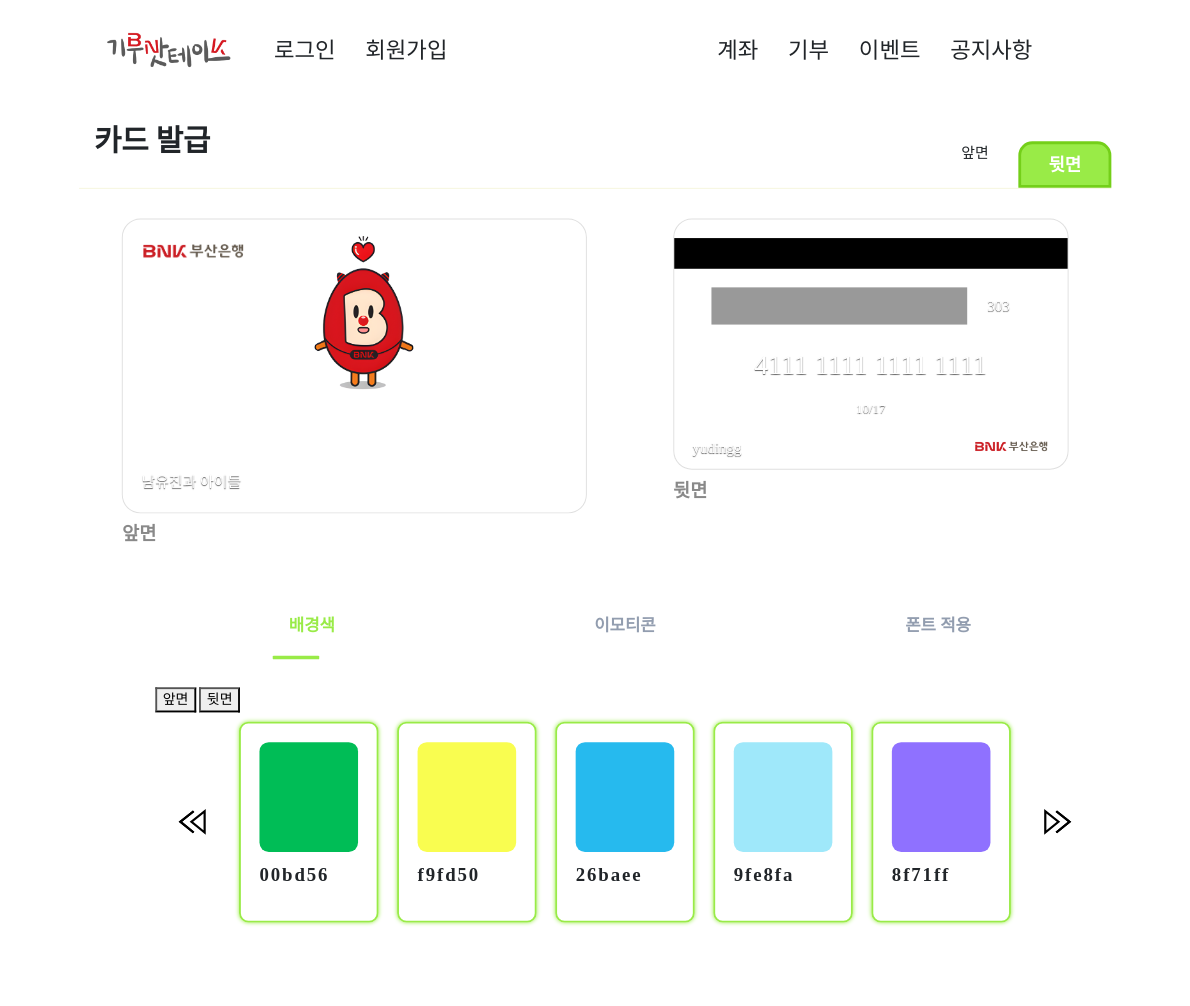
Repository: BNK-GiveNotTake/BNK-GNK-PJT
Page: http://localhost/GNT_PJT/Card/Card.jsp
The author's editor kept a copy of each file at every save. The page is drawn from the files as they stood at one save, then again after the next save.
The browser window is 1280 px wide. The pictures show the whole page, at 93% of full size.
After loading, the first visible `div.front-card` was clicked once.
Some web fonts or font styles are not loaded; a fallback is used. The page is served by Tomcat 9. Other server files are loaded and not shown.

Above is the page before, as saved 2022-08-30 06:24:33.

### GNT_PJT/src/main/webapp/Card/Card.jsp
<%@ page language="java" contentType="text/html; charset=UTF-8"
    pageEncoding="UTF-8"%>

<%@ taglib prefix="c" uri="http://java.sun.com/jsp/jstl/core" %>
<!DOCTYPE html>

<html>
<head>
	<meta charset="UTF-8">
	<meta name="viewport" content="width=device-width, initial-scale=1">
	<title>Insert title here</title>
	<link rel="stylesheet" href="https://cdn.jsdelivr.net/npm/bootstrap@4.6.1/dist/css/bootstrap.min.css">
	<link rel="stylesheet" href="//code.jquery.com/ui/1.13.2/themes/base/jquery-ui.css">
	<script src="https://code.jquery.com/jquery-3.6.0.js"></script>
	<script src="https://code.jquery.com/ui/1.13.2/jquery-ui.js"></script>
	<script src="https://cdn.jsdelivr.net/npm/bootstrap@4.6.1/dist/js/bootstrap.bundle.min.js"></script>
	<style scoped>
		@import url("css/Card.css?ver=1");
	</style>

	<script>
		$(function() {
			$('#draggable3').click(function() {
				console.log($("containment-wrapper"))
			})
		})

		$(function() {
		    $("#draggable3").draggable({ containment: "#containment-wrapper", scroll: false });
		});

		$(window).on('load', function() {
			$('#card').addClass('loaded');
		});

		$(function() {

			$('.front-card').click(function() {
				console.log('hshahaha')
				$('#front').removeClass('card--front_small');
				$('#front').addClass('card--front');
				$('#back').removeClass('card--back_big');
				$('#back').addClass('card--back');
				$('.card-change-margin').css('margin-top', '0px');
				$('.back-card').addClass('front-card')
				$(this).removeClass('front-card')
				$('.front-card').removeClass('back-card')
				/* $(this).addClass('back-card') */
			})

			$('.back-card').click(function() {
				console.log('hshahahaaaaa')
				$('#front').removeClass('card--front');
				$('#front').addClass('card--front_small');
				$('#back').removeClass('card--back');
				$('#back').addClass('card--back_big');
				$('.card-change-margin').css('margin-top', '1.2rem');
				$('.front-card').addClass('back-card')
				$(this).removeClass('back-card')
				$('.back-card').removeClass('front-card')
				$(this).addClass('front-card')
			})

			/* $('.font__color-black').click(function() {
				$('.back .card__ccv').css("color", "black");
				$('.back .card__owner').css("color", "black");
				$('.back .card__expiry-date').css("color", "black");
				$('.back .card__number').css("color", "black");
				$('.front .card__content').css("color", "black");
			});

			$('.font__color-white').click(function() {
				$('.back .card__ccv').css("color", "white");
				$('.back .card__owner').css("color", "white");
				$('.back .card__expiry-date').css("color", "white");
				$('.back .card__number').css("color", "white");
				$('.front .card__content').css("color", "white");
			}); */

			$('#tab3').click(function() {
				$('#card__content').focus();
			})

			$('#card__content').click(function() {
				$('#card__content').focus();
			})

			$('#backGroundColorList').on('click', '.item-gradient', function() {
				console.log($(this).text())
			})
		});

		const gradients = [
		    '00bd56', 'f9fd50',
		    '26baee', '9fe8fa',
		    '8f71ff', '8bffff',
		    'c7004c', 'ffaaaa',
		    '55968f', '8acbbb',
		    '226b80', '35b0ab',
		    '3d6cb9', '00fff0',
		    '4d3664', 'bab5f6',
		    'fa4659', 'e9007f',
		    '00b7c2', '4ef037',
		    '303481', 'a100ff',
		    'fc8a15', 'fff6a2',
		    'f9d00f', 'fbff64',
		    '295e6a', '4797b1',
		    'ff0592', 'ffbee3',
		];

		$(function() {
			var idx = 0;
			idx = showBackgroundAfter(idx);

			$('#arrow-before').click(function() {
				console.log(idx)
				idx = showBackgroundBefore(idx)
				console.log(idx)

			})

			$('#arrow-after').click(function() {
				console.log(idx)
				idx = showBackgroundAfter(idx)
				console.log(idx)
				if (idx==30) {
					idx = 0
				}
			})

		})

		const showBackgroundBefore = function(idx) {
			$('#backGroundColorList').empty()
			if (idx==0) {
				idx = 20
			} else if (idx==5) {
				idx = 25
			} else {
				idx -= 10
			}
			for(var i=idx; i<idx+5;i++){
				$('#backGroundColorList').append("<li class=item-gradient><div class=gradient style='background-color: #"+gradients[i]+";'></div><p class=start style=color: #"+gradients[i]+";>"+gradients[i]+"</p></li>")
			}
			return idx + 5
		}

		const showBackgroundAfter = function(idx) {
			$('#backGroundColorList').empty()
			for(var i=idx; i<idx+5;i++){
				$('#backGroundColorList').append("<li class=item-gradient><div class=gradient style='background-color: #"+gradients[i]+";'></div><p class=start style=color: #"+gradients[i]+";>"+gradients[i]+"</p></li>")
			}
			return idx+5
		}

	</script>
<head>
<meta charset="UTF-8">
<title>Insert title here</title>
</head>
<body>
	<div id="card">
		<div id="loader-wrapper">
			<div id="loader"></div>
			<div class="loader-section section-left"></div>
			<div class="loader-section section-right"></div>
		</div>
		<%@ include file="../Common/Nav.jsp" %><br>
		<div class="container">
			<div>
				<div class="d-flex justify-content-between align-items-end" style="border-bottom: 1px solid beige; margin-bottom: 2rem;">
					<h2 class="title">카드 발급</h2>
					<div class="d-flex">
						<div class="front-card">
							앞면
						</div>
						<div class="back-card" style="margin-left: 2rem;">
							뒷면
						</div>
					</div>
				</div>
				<div class="d-flex justify-content-around">
					<div class="front">
						<div id="front" class="card card--front">
							<div class="row" style="height: 100vh;">
								<div class="col-4 d-flex flex-column justify-content-between">
									<img class="card__logo--front" src="img/bnk_logo.png">
									<div style="margin-left: 10px; margin-bottom: 10px;">
										<span class="card__content">남유진과 아이들</span>
									</div>
								</div>
								<div class="col-8">
									<div id="containment-wrapper" style="border: none; height: 100%; padding-right: 30px;">
									  <div id="draggable3" class="draggable ui-widget-content" style="border: none; width: 40%;">
									    <img src="img/MrB.png" class="emo" style="width: 140%;">
									  </div>
									</div>
								</div>
							</div>
						</div>
						<h5 class="front__hover" style="color: #898989;"><b>앞면</b></h5>
					</div>
					<div class="back">
						<div id="back" class="card card--back">
							<div class="card__strip"></div>
							<div class="card-change-margin">
								<div class="card__signature"></div>
								<div class="card__ccv">303</div>
							</div>
							<div class="card__number">4111 1111 1111 1111</div>
							<div class="card__expiry-date">10/17</div>
							<div>
								<div class="card__owner">
									yudingg
									<img class="card__logo--back" src="img/bnk_logo.png">
								</div>
							</div>
						</div>
						<h5 class="back__hover" style="color: #898989;"><b>뒷면</b></h5>
					</div>
				</div>
				<div class="tabs">
				  <input type="radio" id="tab1" name="tab-control" checked>
				  <input type="radio" id="tab2" name="tab-control">
				  <input type="radio" id="tab3" name="tab-control">
				  <ul>
				    <li title="Background"><label for="tab1" role="button"><br><span>배경색</span></label></li>
				    <li title="Emoticon"><label for="tab2" role="button"><br><span>이모티콘</span></label></li>
				    <li title="Font"><label for="tab3" role="button"><br><span>폰트 적용</span></label></li>
				  </ul>

				  <div class="slider"><div class="indicator"></div></div>
				  <div class="content" style="padding-bottom: 5rem;">
				    <section>
						<h2>Background</h2>
						<button>앞면</button>
						<button>뒷면</button>
						<div class="d-flex">
							<svg id="arrow-before" width="18px" height="17px" viewBox="0 0 18 17" version="1.1" xmlns="http://www.w3.org/2000/svg" xmlns:xlink="http://www.w3.org/1999/xlink">
							    <g id="prev" transform="translate(8.500000, 8.500000) scale(-1, 1) translate(-8.500000, -8.500000)">
							        <polygon class="arrow" points="16.3746667 8.33860465 7.76133333 15.3067621 6.904 14.3175671 14.2906667 8.34246869 6.908 2.42790698 7.76 1.43613596"></polygon>
							        <polygon class="arrow-fixed" points="16.3746667 8.33860465 7.76133333 15.3067621 6.904 14.3175671 14.2906667 8.34246869 6.908 2.42790698 7.76 1.43613596"></polygon>
							        <path d="M-1.48029737e-15,0.56157424 L-1.48029737e-15,16.1929159 L9.708,8.33860465 L-2.66453526e-15,0.56157424 L-1.48029737e-15,0.56157424 Z M1.33333333,3.30246869 L7.62533333,8.34246869 L1.33333333,13.4327013 L1.33333333,3.30246869 L1.33333333,3.30246869 Z"></path>
								</g>
							</svg>

							<div id="backGroundColorList" class="d-flex">
							</div>
							<svg id="arrow-after" width="18px" height="17px" viewBox="-1 0 18 17" version="1.1" xmlns="http://www.w3.org/2000/svg" xmlns:xlink="http://www.w3.org/1999/xlink">
							    <g>
							        <polygon class="arrow" points="16.3746667 8.33860465 7.76133333 15.3067621 6.904 14.3175671 14.2906667 8.34246869 6.908 2.42790698 7.76 1.43613596"></polygon>
							        <polygon class="arrow-fixed" points="16.3746667 8.33860465 7.76133333 15.3067621 6.904 14.3175671 14.2906667 8.34246869 6.908 2.42790698 7.76 1.43613596"></polygon>
							        <path d="M-4.58892184e-16,0.56157424 L-4.58892184e-16,16.1929159 L9.708,8.33860465 L-1.64313008e-15,0.56157424 L-4.58892184e-16,0.56157424 Z M1.33333333,3.30246869 L7.62533333,8.34246869 L1.33333333,13.4327013 L1.33333333,3.30246869 L1.33333333,3.30246869 Z"></path>
							    </g>
							</svg>
						</div>
			      	</section>
			        <section>
						<h2>Emoticon</h2>
						Lorem ipsum dolor sit amet, consectetur adipisicing elit. Autem quas adipisci a accusantium eius ut voluptatibus ad impedit nulla, ipsa qui. Quasi temporibus eos commodi aliquid impedit amet, similique nulla.
		          	</section>
			        <section>
						<h2>Font</h2>
		          	</section>
					</div>
				</div>
			</div>
		</div>
	</div>
</body>
</html>

### GNT_PJT/src/main/webapp/Common/Nav.jsp
<%@ page language="java" contentType="text/html; charset=UTF-8"
    pageEncoding="UTF-8"%>
<!DOCTYPE html>
<html>
<head>
	<meta charset="UTF-8">
	<title>Insert title here</title>
	<style scoped>
		@import url("../Common/css/Nav.css?ver=1");
	</style>
	<link rel="stylesheet" href="https://cdn.jsdelivr.net/npm/bootstrap@4.6.1/dist/css/bootstrap.min.css">
	<link rel="stylesheet" href="//code.jquery.com/ui/1.13.2/themes/base/jquery-ui.css">
	<script src="https://code.jquery.com/jquery-3.6.0.js"></script>
	<script src="https://code.jquery.com/ui/1.13.2/jquery-ui.js"></script>
	<script src="https://cdn.jsdelivr.net/npm/bootstrap@4.6.1/dist/js/bootstrap.bundle.min.js"></script>
	<script src="https://unpkg.com/sweetalert/dist/sweetalert.min.js"></script>
	<script>
		$(function() {

			if(localStorage.getItem('user')===null) {
				$('#login').css('display', 'block')
				$('#signup').css('display', 'block')
				$('#logout').css('display', 'none')
				$('.nav-inner #card').css('display', 'none')

			} else {
				$('#login').css('display', 'none')
				$('#signup').css('display', 'none')
				$('#logout').css('display', 'block')
				$('.nav-inner #card').css('display', 'block')
			}


			$('.logo').click(function() {
				location.href="../Main/Home.html"
			})

			$('.nav-inner #main').click(function() {
				location.href="../Main/Main.jsp"
			})

			$('.nav-inner #donation').click(function() {
				location.href="../Donation/Donation.jsp"
			})

			$('.nav-inner #card').click(function() {
				location.href="../Card/Card.jsp"
			})

			$('.nav-inner #notice').click(function() {
				location.href="../Notice/Notice.jsp"
			})

			$('.nav-inner #event').click(function() {
				location.href="../Event/Event.jsp"
			})
		})

		$(function() {
			$('#login').click(function() {
				location.href="../Main/LogIn.jsp"
			})

			$('#signup').click(function() {
				location.href="../Main/SignUp.jsp"
			})

			$('#logout').click(function() {
				localStorage.clear();
				location.href = "../Main/Main.jsp"
			})

		})


	</script>
</head>

<body>
	<div class="nav row">
        <div class="nav-inner offset-1 col-4">
        	<img class="logo" src="../Common/img/logo.png">
       		<span id="login">로그인</span>
       		<span id="signup">회원가입</span>
       		<span id="logout">로그아웃</span>
       	</div>
        <div class="nav-inner offset-2 col-4">
        	<span id="main">계좌</span>
       		<span id="donation">기부</span>
       		<span id="card">카드발급</span>
       		<span id="event">이벤트</span>
       		<span id="notice">공지사항</span>
       	</div>
    </div>

</body>
</html>

### GNT_PJT/src/main/webapp/Common/css/Nav.css
@charset "utf-8";

@font-face {
    font-family: 'Happiness-Sans-Title';
    src: url('https://cdn.jsdelivr.net/gh/projectnoonnu/noonfonts_2205@1.0/Happiness-Sans-Title.woff2') format('woff2');
    font-weight: normal;
    font-style: normal;
}

@font-face {
    font-family: 'Katuri';
    src: url('https://cdn.jsdelivr.net/gh/projectnoonnu/noonfonts_13@1.0/Katuri.woff') format('woff');
    font-weight: normal;
    font-style: normal;
}

.nav {
    width: 99vw;
    height: 15vh;
    font-family: 'Katuri';
    font-size: large;
}

.logo {
	width: 40%;
	cursor: pointer;
}

.nav-inner {
	display: flex;
    justify-content: flex-start;
    align-items: center;
}

.nav-inner span {
	cursor: pointer;
	margin-left: 2rem;
	font-size: x-large;
}

Loaded but not shown: GNT_PJT/src/main/webapp/Card/css/Card.css (552 lines, source omitted)

After the next save:
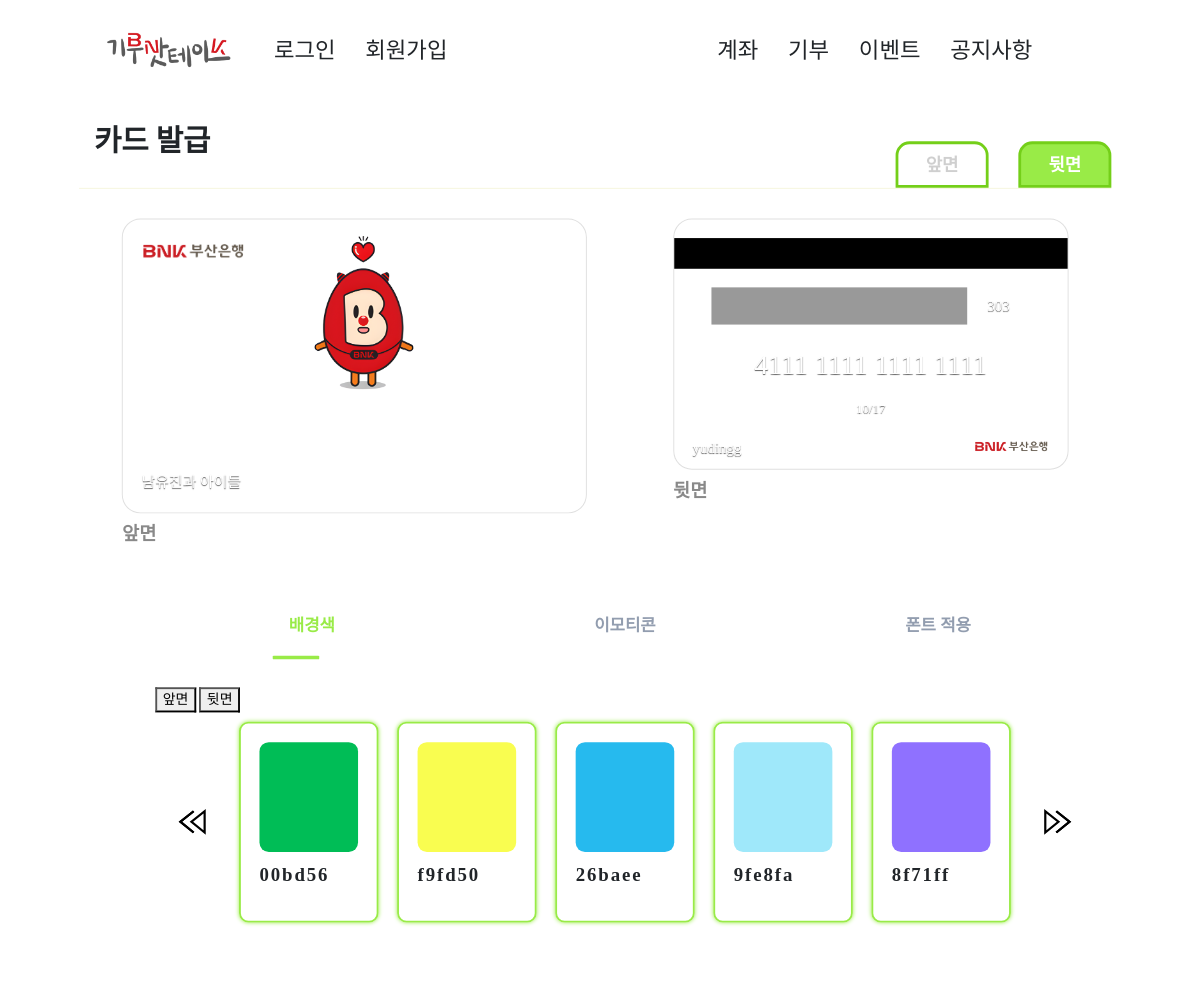
Saved 12 s later.
--- a/GNT_PJT/src/main/webapp/Card/Card.jsp
+++ b/GNT_PJT/src/main/webapp/Card/Card.jsp
@@ -45,7 +45,7 @@
 				$('.back-card').addClass('front-card')
 				$(this).removeClass('front-card')
 				$('.front-card').removeClass('back-card')
-				/* $(this).addClass('back-card') */
+				$(this).addClass('back-card')
 			})
 
 			$('.back-card').click(function() {
